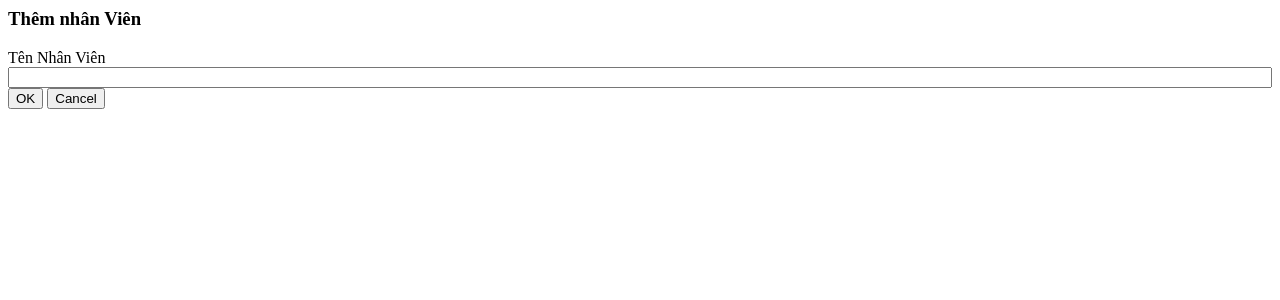
Repository: chickenoken/LuanAn
Page: http://localhost/net/quanLyNhanVienControl
The author's editor kept a copy of each file at every save. The page is drawn from the files as they stood at one save, then again after the next save.
The browser window is 1280 px wide. The pictures show the whole page.
The page is served by Tomcat 9. Other server files are loaded and not shown.

Above is the page before, as saved 2019-06-17 09:28:18.

### net/src/main/webapp/WEB-INF/pages/quanLyNhanVienControl.jsp
<div class="modal-header">
  <h3>Thêm nhân Viên</h3>
</div>
<div class="modal-body">
  <div class="row">
    <div class="form-group">
      <div class="col-md-4"><span>Tên Nhân Viên</span></div>
      <div class="col-md-8"><input type="text" ng-model="model.form.control.tenNv" style="width : 100%"></div>
    </div>
  </div>

</div>
<div class="modal-footer">
    <button class="btn btn-primary" ng-click="ok()">OK</button>
    <button class="btn btn-warning" ng-click="cancel()">Cancel</button>
</div>

### net/src/main/java/org/planning/net/dto/LoginDto.java
package org.planning.net.dto;

import lombok.Getter;
import lombok.Setter;

@Getter
@Setter
public class LoginDto {

    private String maNhanVien;

    private String tenNhanVien;

    private String taiKhoan;

    private String matKhau;

	public String getTaiKhoan() {
        return taiKhoan;
    }

    public void setTaiKhoan(String taiKhoan) {
        this.taiKhoan = taiKhoan;
    }

    public String getMatKhau() {
        return matKhau;
    }

    public void setMatKhau(String matKhau) {
        this.matKhau = matKhau;
    }

    public String getMaNhanVien() {
		return maNhanVien;
	}

	public void setMaNhanVien(String maNhanVien) {
		this.maNhanVien = maNhanVien;
	}

	public String getTenNhanVien() {
		return tenNhanVien;
	}

	public void setTenNhanVien(String tenNhanVien) {
		this.tenNhanVien = tenNhanVien;
	}
}

After the next save:
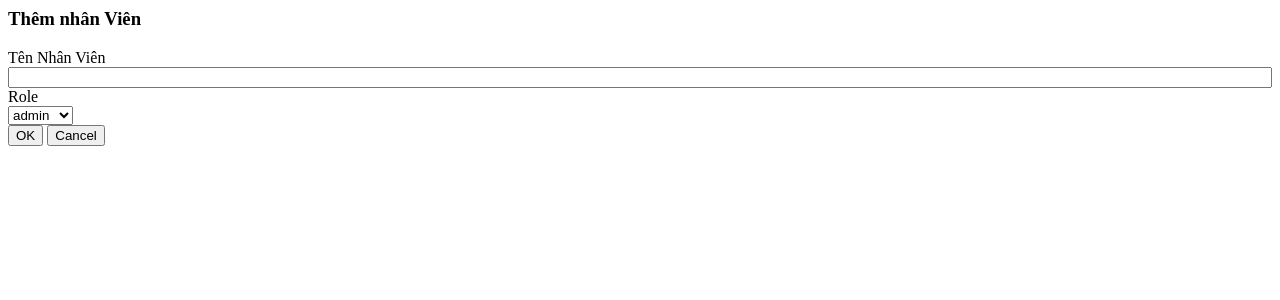
Saved 2 min 3 s later.
--- a/net/src/main/webapp/WEB-INF/pages/quanLyNhanVienControl.jsp
+++ b/net/src/main/webapp/WEB-INF/pages/quanLyNhanVienControl.jsp
@@ -9,6 +9,18 @@
     </div>
   </div>
 
+  <div class="row">
+    <div class="form-group">
+      <div class="col-md-4"><span>Role</span></div>
+      <div class="col-md-8">
+        <select>
+          <option value="admin">admin</option>
+          <option value="system">system</option>
+        </select>
+      </div>
+    </div>
+  </div>
+
 </div>
 <div class="modal-footer">
     <button class="btn btn-primary" ng-click="ok()">OK</button>
